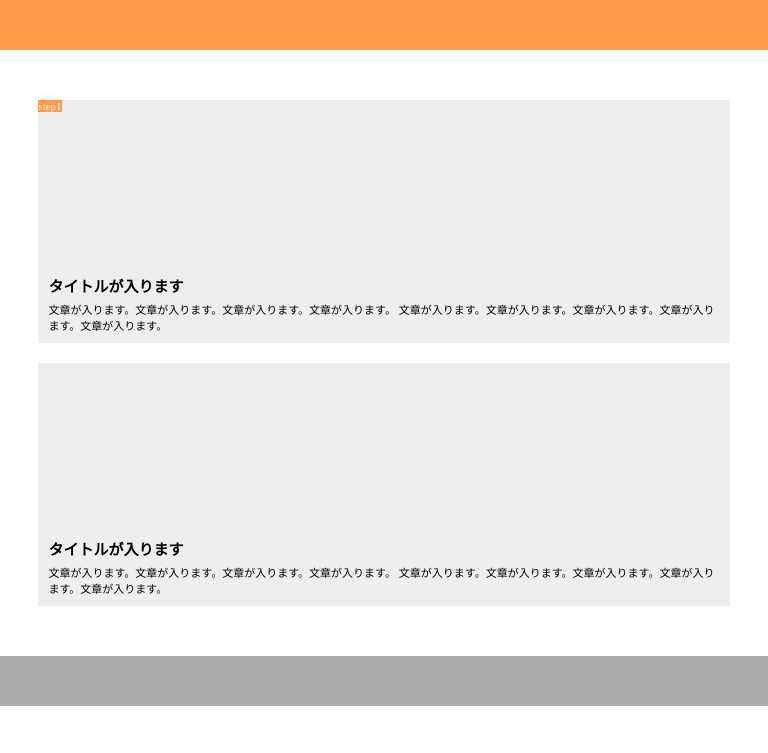
Repository: ryo32sun/Html-Practice
Page: practice/chapter9.html
The author's editor kept a record of every edit. The page is drawn from the files as they stood at one moment, then again after the next edit.
The browser window is 768 px wide. The pictures show the whole page.

Above is the page before.

After the next edit:
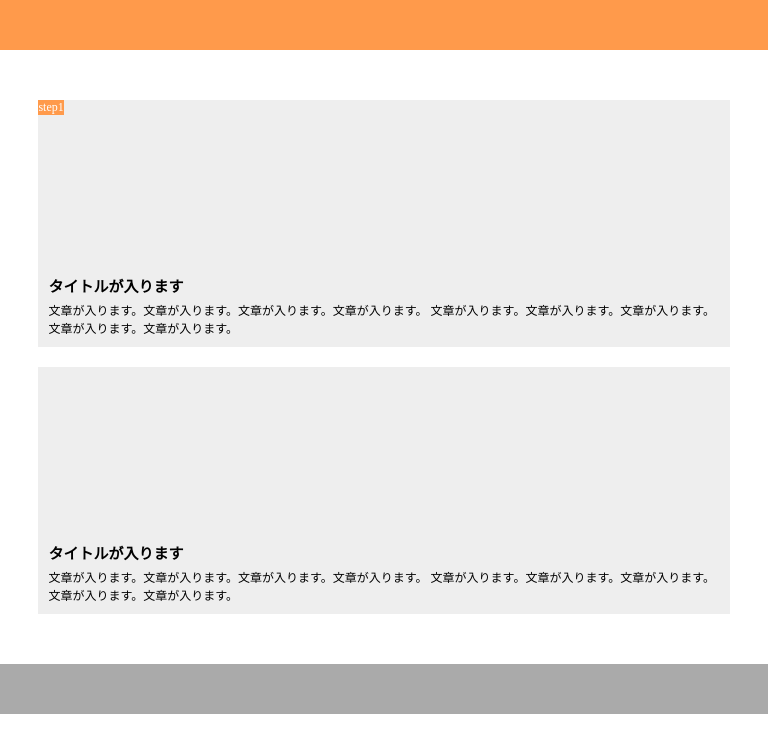
The edit:
--- a/practice/chapter9.css
+++ b/practice/chapter9.css
@@ -86,6 +86,6 @@
   }
 
   p {
-    font-size: 11px;
+    font-size: 12px;
   }
 }
